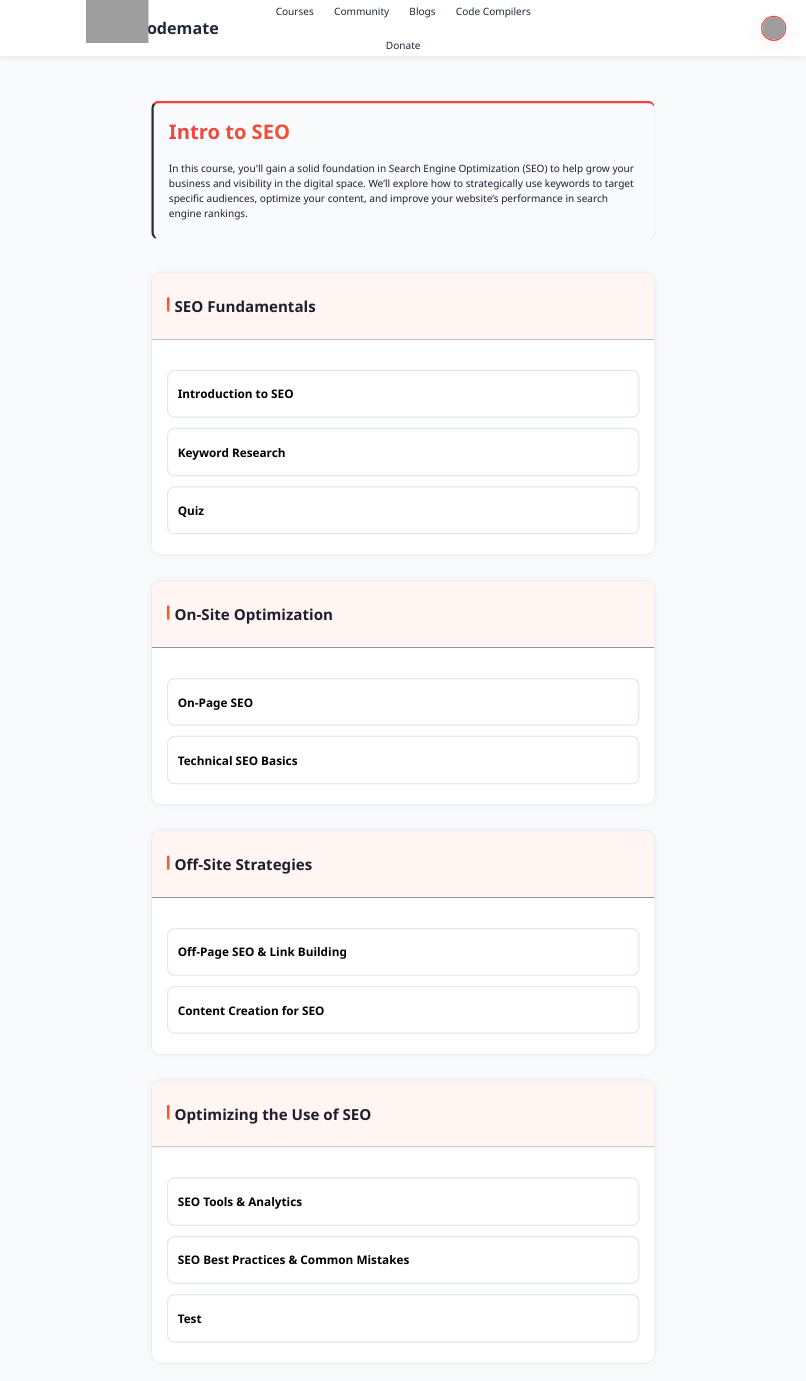
Repository: Duskofnight/code-website
Page: intro-to-seo.html
The author's editor kept a copy of each file at every save. The page is drawn from the files as they stood at one save, then again after the next save.
The browser window is 1280 px wide. The pictures show the whole page, at 63% of full size.
Pictures or frames that could not be fetched are drawn as grey boxes.

Above is the page before, as saved 2025-08-12 19:04:29.

### intro-to-seo.html
<!DOCTYPE html>
    <head>
        <meta charset="UTF-8">
        <meta lang="en">
        <meta name="viewport" content="width=device-width, initial-scale=1.0">
        <title>Intro to SEO</title>
        <link rel="stylesheet" href="/intro-to-seo.css">
    </head>
    <body>
        <header class="header">

            <div class="landing-page-container-codemate-logo">
            <a href="home-page.html" class="logo-link">
                <img src="https://raw.githubusercontent.com/Duskofnight/codemate-assets/refs/heads/main/codemate-nologo-transparent-red.png" class="landing-page-codemate-logo" alt="Codemate Logo">
                <h2>codemate</h2>
            </a>
            </div>

            <nav class="navbar">
            <a href="courses-page.html" class="nav-link">Courses</a>
            <a href="community.html" class="nav-link">Community</a>
            <a href="blogs-page.html" class="nav-link">Blogs</a>
            <a href="code-compilers.html" class="nav-link">Code Compilers</a>
            <a href="donate.html" class="nav-link">Donate</a>
            </nav>

            <div class="header-profile">
                <img src="https://images.pexels.com/photos/414612/pexels-photo-414612.jpeg?cs=srgb&dl=pexels-souvenirpixels-414612.jpg&fm=jpg" class="header-profile-pic" id="header-profile-pic">
                <div class="dropdown" id="dropdownMenu">

                <a href="#"><i class="fas fa-user"></i>Profile</a>
                <a href="#"><i class="fas fa-cog"></i> Settings</a>
                <a href="#"><i class="fas fa-question-circle"></i> Help</a>
                <a onclick="logout()"><i class="fas fa-sign-out-alt"></i> Log Out</a>
            </div>
            </div>

            <div class="topnav">
            <div id="myLinks">
                <a href="courses-page.html" class="nav-link"><h4>Courses</h4></a>
                <a href="community.html" class="nav-link"><h4>Community</h4></a>
                <a href="blogs-page.html" class="nav-link"><h4>Blogs</h4></a>
                <a href="code-compilers" class="nav-link"><h4>Code Compilers</h4></a>
                <a href="account" class="nav-link"><h4>Account</h4></a>
            </div>
            <div class="menu-icon" onclick="myFunction()">
                <span class="bar1"></span>
                <span class="bar2"></span>
                <span class="bar3"></span>
            </div>
            </div>

        </header>


        <div class="lesson-head">
            <h1 class="intro-title">Intro to SEO</h1>
            <p id="lesson-head-description">In this course, you'll gain a solid foundation in Search Engine Optimization (SEO) to help grow your business and visibility in the digital space. We’ll explore how to strategically use keywords to target specific audiences, optimize your content, and improve your website’s performance in search engine rankings.</p>
        </div>

        <section class="course-container">
        <div class="course-box">
            <div class="course-box-header">
                <h2>SEO Fundamentals</h2>
            </div>
            <a href="./intro-to-seo/seo-introduction.html">
                <div class="lesson introduction">
                    <h3>Introduction to SEO</h3>
                </div>
            </a>
            <a href="./intro-to-seo/keyword-research.html">
            <div class="lesson keyword">
                <h3>Keyword Research</h3>
            </div>
            </a>
            <a href="./intro-to-seo/seo-quiz.html">
            <div class="quiz">
                <h3>Quiz</h3>
            </div>
            </a>
        </div>

        <div class="course-box">
            <div class="course-box-header">
                <h2>On-Site Optimization</h2>
            </div>
            <div class="lesson on-page">
                <a href="./intro-to-seo/on-page-seo.html">
                <h3>On-Page SEO</h3>
            </div>
            </a>
            <a href="./intro-to-seo/technical-seo.html">
            <div class="lesson technical">
                <h3>Technical SEO Basics</h3>
            </div>
            </a>
        </div>
        <div class="course-box">
            <div class="course-box-header">
                <h2>Off-Site Strategies</h2>
            </div>
            <a href="./intro-to-seo/off-page.html">
            <div class="lesson off-page">
                <h3>Off-Page SEO & Link Building</h3>
            </div>
            </a>
            <a href="./intro-to-seo/content-creation-seo.html">
            <div class="lesson content-creation">
                <h3>Content Creation for SEO</h3>
            </div>
            </a>
        </div>
        <div class="course-box">
            <div class="course-box-header">
                <h2>Optimizing the Use of SEO</h2>
            </div>
            <a href="./intro-to-seo/seo-tools-and-analytics.html">
            <div class="lesson tools">
                <h3>SEO Tools & Analytics</h3>
            </div>
            </a>
            <a href="./intro-to-seo/seo-best-practices.html">
            <div class="lesson best-practices">
                <h3>SEO Best Practices & Common Mistakes</h3>
            </div>
            </a>
            <a href="./intro-to-seo/seo-test">
            <div class="test                                                                                                                                                                                                                                ">
                <h3>Test</h3>
            </div>
            </a>
        </div>
        </section>



        <script src="/intro-to-seo.js"></script>
    </body>
</html>

### intro-to-seo.css
:root {
  --primary: #F9F9FA;
  --accent: #f53333;
  --text: #1E1E2F;
  --secondary: #2C2C3E;

  --primary-bg: #fefefe;
  --secondary-bg: #ffffff;
  --tertiary-bg: #f8f9fa;
  --card-bg: rgba(255, 255, 255, 0.95);
  --glass-bg: rgba(255, 255, 255, 0.8);
  --accent-primary: #ef4444;
  --accent-secondary: #dc2626;
  --accent-tertiary: #b91c1c;
  --accent-coral: #f97316;
  --accent-pink: #ec4899;
  --text-primary: #1f2937;
  --text-secondary: #6b7280;
  --text-muted: #9ca3af;
  --border-primary: rgba(239, 68, 68, 0.15);
  --border-secondary: rgba(0, 0, 0, 0.06);


  --gradient-primary: linear-gradient(135deg, var(--accent-primary), var(--accent-coral));
  --gradient-secondary: linear-gradient(135deg, var(--accent-secondary), var(--accent-pink));
  --gradient-bg: linear-gradient(135deg, var(--primary-bg), var(--secondary-bg));
  --gradient-card: linear-gradient(135deg, rgba(255, 255, 255, 1), rgba(248, 249, 250, 1));


  --shadow-primary: 0 8px 32px rgba(239, 68, 68, 0.08);
  --shadow-secondary: 0 8px 32px rgba(220, 38, 38, 0.08);
  --shadow-card: 0 16px 40px rgba(0, 0, 0, 0.04);
  --shadow-glow: 0 0 20px rgba(239, 68, 68, 0.15);


  --transition-fast: 0.2s cubic-bezier(0.4, 0, 0.2, 1);
  --transition-smooth: 0.3s cubic-bezier(0.4, 0, 0.2, 1);
  --transition-bounce: 0.4s cubic-bezier(0.175, 0.885, 0.32, 1.275);
}



*,
*::before,
*::after {
  box-sizing: border-box;
}

body {
  font-family: 'Segoe UI', sans-serif;
  background: #F8FAFC;
  color: var(--text);
  padding: 0 1.5rem;

}



.header {
  position: fixed;
  top: 0;
  left: 0;
  width: 100%;
  background: #ffffff;
  color: var(--text-primary);
  border-bottom: 1px solid var(--border-secondary);
  box-shadow: 0 2px 10px rgba(0, 0, 0, 0.08);
  z-index: 1000;
  padding: 0 2rem;
  display: flex;
  justify-content: space-between;
  box-sizing: border-box;
  align-items: center;
  height: 90px;
}

.landing-page-container-codemate-logo a {
  display: flex;
  align-items: center;
  flex: 1;
  text-decoration: none;
  color: inherit;
  pointer-events: none;
}

.landing-page-container-codemate-logo a img,
.landing-page-container-codemate-logo a h2 {
  pointer-events: auto;
}

.landing-page-container-codemate-logo,
.navbar {
  flex: 1;
  display: flex;
  align-items: center;
  justify-content: center;
}


.landing-page-codemate-logo {
  height: 100px;
  width: 100px;
  object-fit: contain;
  margin-left: 6.5em;
  position: relative;
  bottom: 0.8rem;
  margin-right: -1rem;
}



.landing-page-container-codemate-logo h2 {
  font-size: 1.6rem;
  margin: 0;
  position: static;
  white-space: nowrap;
  color: var(--text-primary)
}

.navbar {
  gap: 2rem;
  flex-wrap: wrap;
  color: var(--text-primary)
}

.nav-link {
  text-decoration: none;
  color: inherit;
}

.nav-link:hover, .header .login-button:hover {
  color: var(--accent);
}

.header-profile {
  flex: 1;
  display: flex;
  justify-content: flex-end;
}

.header-profile-pic {
  border-radius: 50%;
  width: 40px;
  height: 40px;
  display: block;
  border: 2px solid var(--accent-primary);
  box-shadow: var(--shadow-primary);
  transition: var(--transition-smooth);
  cursor: pointer;
}


.dropdown {
  position: absolute;
  top: 80px;
  right: 1rem;
  background: #fff;
  border-radius: 10px;
  box-shadow: 0 6px 12px rgba(0,0,0,0.1);
  width: 220px;
  display: none;
  z-index: 999;
  padding: 0.8rem 0.5rem;
}

.dropdown.show {
  display: block;
}



.dropdown a {
  display: flex;
  align-items: center;
  padding: 0.8rem 1rem;
  text-decoration: none;
  color: #333;
  transition: background 0.2s;
  cursor: pointer;
}

.dropdown a:hover {
  background: #f0f0f0;
}

.dropdown a i {
  margin-right: 10px;
  color: #666;
}


.topnav {
  display: none;
  cursor: pointer;
}


.intro-title {
  font-size: 2rem;
  background: var(--gradient-primary);
  -webkit-background-clip: text;
  -webkit-text-fill-color: transparent;
  background-clip: text;
  font-weight: 800;

}

.lesson-head {
  text-align: left;
  margin: 0 auto;
  margin-top: 10rem;
  border: 1px solid var(--border-secondary);
  border-top: 4px solid var(--accent-primary);
  border-left: 4px solid var(--secondary);
  border-radius: 12px;
  max-width: 800px;
  padding: 1.5rem;
  padding-top: 0;
  padding-bottom: 12px;
  line-height: 1.5;
  margin-bottom: 1.5rem;
}

.lesson-head-description {
  color: #1E1E2F;
}









.course-container {
  display: flex;
  flex-direction: column;
  max-width: 800px;
  width: 100%;
  margin: 0 auto;
  margin-top: 2rem;
}

.course-box {
  margin: 1.25rem 0;
  background: white;
  border-radius: 16px;
  box-shadow: var(--shadow-md);
  border: 1px solid #e2e8f0;
  overflow: hidden;
  transition: var(--transition);
  width: 100%;
  max-width: 800px;
  padding: 1rem 1.5rem;
  box-shadow: 0 0 10px rgba(0,0,0,0.05);
  animation: slideUp 0.6s ease-out;
  transition: var(--transition-smooth);
}

.course-box:hover {
  transform: translateY(-4px);
  box-shadow: 0 20px 60px rgba(239, 68, 68, 0.06);
}

div > h2::before {
  content: '';
  width: 4px;
  height: 23px;
  background: var(--gradient-primary);
  border-radius: 2px;
  display: inline-block;
  margin-right: 0.5rem;

}


.course-box-header {
  background: rgba(255, 68, 0, 0.05);
  border-bottom: 1px solid #1E1E2F;
  border-top-left-radius: 16px;
  border-top-right-radius: 16px;
  margin: -1rem -1.5rem 3rem -1.5rem;
  padding: 1rem 1.5rem;

}



.quiz, .test, .lesson {
  display: flex;
  flex-wrap: wrap;
  flex-direction: column;
  border: 2px solid #e2e8f0;
  background-color: white;
  margin: 0 auto;
  margin-bottom: 1rem;
  margin-top: 1rem;
  max-width: 900px;
  padding: 5px;
  padding-left: 15px;
  text-align: left;
  border-radius: 12px;
  animation: slideUp 0.4s ease-out;
  transition: var(--transition-smooth);
}

.lesson:hover, .quiz:hover, .test:hover {
  background: rgba(255, 68, 0, 0.05);
  box-shadow: var(--shadow-md);
  transform: translateX(4px);
  border-color: var(--accent-coral);
}

.lesson:hover::before, .quiz:hover::before, .test:hover::before {
  transform: scaleY(1);
}

.lesson:hover h3, .quiz:hover h3, .test:hover h3 {
  color: var(--accent-coral);
}


a {
  text-decoration: none;
  color: black;
}








@media (max-width: 1070px) and (min-width: 500px) {
  .navbar,
  .buttons, .header-profile {
    display: none;
  }

  .topnav {
    display: flex;
    flex-direction: column;
    align-items: flex-end;
    position: relative;
    z-index: 1000;
    width: 100%;
  }




  #myLinks {
    display: flex;
    position: fixed;
    top: 89px;
    left: 0;
    background-color: var(--primary);
    width: 100vw;
    height: 0;
    overflow: hidden;
    overflow-y: auto;
    z-index: 999;
    -webkit-overflow-scrolling: touch;
    box-sizing: border-box;
    transition: height 0.4s ease;
    display: flex;
    flex-direction: column;
    align-items: left;
    pointer-events: none;
  }



  #myLinks a {
    display: block;
    padding-left: 10px;
    color: var(--text);
    text-decoration: none;
    text-align: left;
    font-size: 1.75rem;
    opacity: 0;
    transform: translateY(20px);
    transition: opacity 0.4s ease, transform 0.4s ease;
  }



#myLinks.show {

  height: calc(100vh - 60px);

  pointer-events: auto;
}


#myLinks.show a {

  opacity: 1;
  transform: translateY(0);
}


.menu-icon {
  width: 30px;
  height: 22px;
  position: relative;
  cursor: pointer;
  display: inline-block;
  padding: 15px;
  color: white;
  margin-right: 30px;
  margin: 10px 30px 0 0;
}

.menu-icon span {
  background-color: black;
  display: block;
  position: absolute;
  height: 4px;
  width: 100%;
  border-radius: 2px;
  opacity: 1;
  left: 0;
  transition: all 0.3s ease;
}

.menu-icon .bar1 {
  top: 0;
}

.menu-icon .bar2 {
  top: 9px;
}

.menu-icon .bar3 {
  top: 18px;
}

.menu-icon.active .bar1 {
  transform: rotate(45deg);
  top: 9px;
}

.menu-icon.active .bar2 {
  opacity: 0;
}

.menu-icon.active .bar3 {
  transform: rotate(-45deg);
  top: 9px;
}

#myLinks.show a:nth-child(1) { transition-delay: 0.1s; }
#myLinks.show a:nth-child(2) { transition-delay: 0.2s; }
#myLinks.show a:nth-child(3) { transition-delay: 0.3s; }



  .topnav-buttons {
    display: flex;
    justify-content: center;
    padding-top: 3.5rem;
    gap: 10px;
    border-top: 1px solid white;

  }

  #myLinks > :first-child {
    padding-top: 0.5rem;
  }

  #myLinks > :last-child {
    padding-top: 4rem;
  }

  .landing-page-codemate-logo {
    margin-left: 1em;
  }

  .header {
    display: flex;
    justify-content: space-between;
    align-items: center;
    padding: 0;
  }
}


@media (max-width: 500px) {


  .landing-page-codemate-logo {
    margin-left: 1em;
  }

  .header {
    display: flex;
    justify-content: space-between;
    align-items: center;
    padding: 0;
  }



  .navbar,
  .buttons, .header-profile {
    display: none;
  }

  .topnav {
    display: flex;
    flex-direction: column;
    align-items: flex-end;
    position: relative;
    z-index: 1000;
    width: 100%;
  }




  #myLinks {
    display: flex;
    position: fixed;
    top: 99px;
    left: 0;
    background-color: var(--primary);
    width: 100vw;
    height: 0;
    overflow: hidden;
    overflow-y: auto;
    z-index: 999;
    -webkit-overflow-scrolling: touch;
    box-sizing: border-box;
    border-top: 1px solid white;
    transition: height 0.4s ease;
    display: flex;
    flex-direction: column;
    align-items: left;
    pointer-events: none;
  }



  #myLinks a {
    display: block;
    padding-left: 10px;
    color: var(--text);
    text-decoration: none;
    text-align: left;
    font-size: 1.75rem;
    opacity: 0;
    transform: translateY(20px);
    transition: opacity 0.4s ease, transform 0.4s ease;
  }



#myLinks.show {

  height: calc(100vh - 60px);

  pointer-events: auto;
}


#myLinks.show a {

  opacity: 1;
  transform: translateY(0);
}


.menu-icon {
  width: 30px;
  height: 22px;
  position: relative;
  cursor: pointer;
  display: inline-block;
  padding: 15px;
  color: white;
  margin-right: 30px;
  margin: 10px 30px 0 0;
}

.menu-icon span {
  background-color: black;
  display: block;
  position: absolute;
  height: 4px;
  width: 100%;
  border-radius: 2px;
  opacity: 1;
  left: 0;
  transition: all 0.3s ease;
}

.menu-icon .bar1 {
  top: 0;
}

.menu-icon .bar2 {
  top: 9px;
}

.menu-icon .bar3 {
  top: 18px;
}

.menu-icon.active .bar1 {
  transform: rotate(45deg);
  top: 9px;
}

.menu-icon.active .bar2 {
  opacity: 0;
}

.menu-icon.active .bar3 {
  transform: rotate(-45deg);
  top: 9px;
}

#myLinks.show a:nth-child(1) { transition-delay: 0.1s; }
#myLinks.show a:nth-child(2) { transition-delay: 0.2s; }
#myLinks.show a:nth-child(3) { transition-delay: 0.3s; }



  .topnav-buttons {
    display: flex;
    justify-content: center;
    padding-top: 3.5rem;
    gap: 10px;
    border-top: 1px solid white;

  }

  #myLinks > :first-child {
    padding-top: 0.5rem;
  }

  #myLinks > :last-child {
    padding-top: 4rem;
  }
}

### intro-to-seo.js
function myFunction() {
  const menu = document.getElementById("myLinks");
  const menuIcon = document.querySelector(".menu-icon");

  menu.classList.toggle("show");
  menuIcon.classList.toggle("active");
}



function logout() {
  localStorage.removeItem("token");
  window.location.href = "/login-page.html";
}

After the next save:
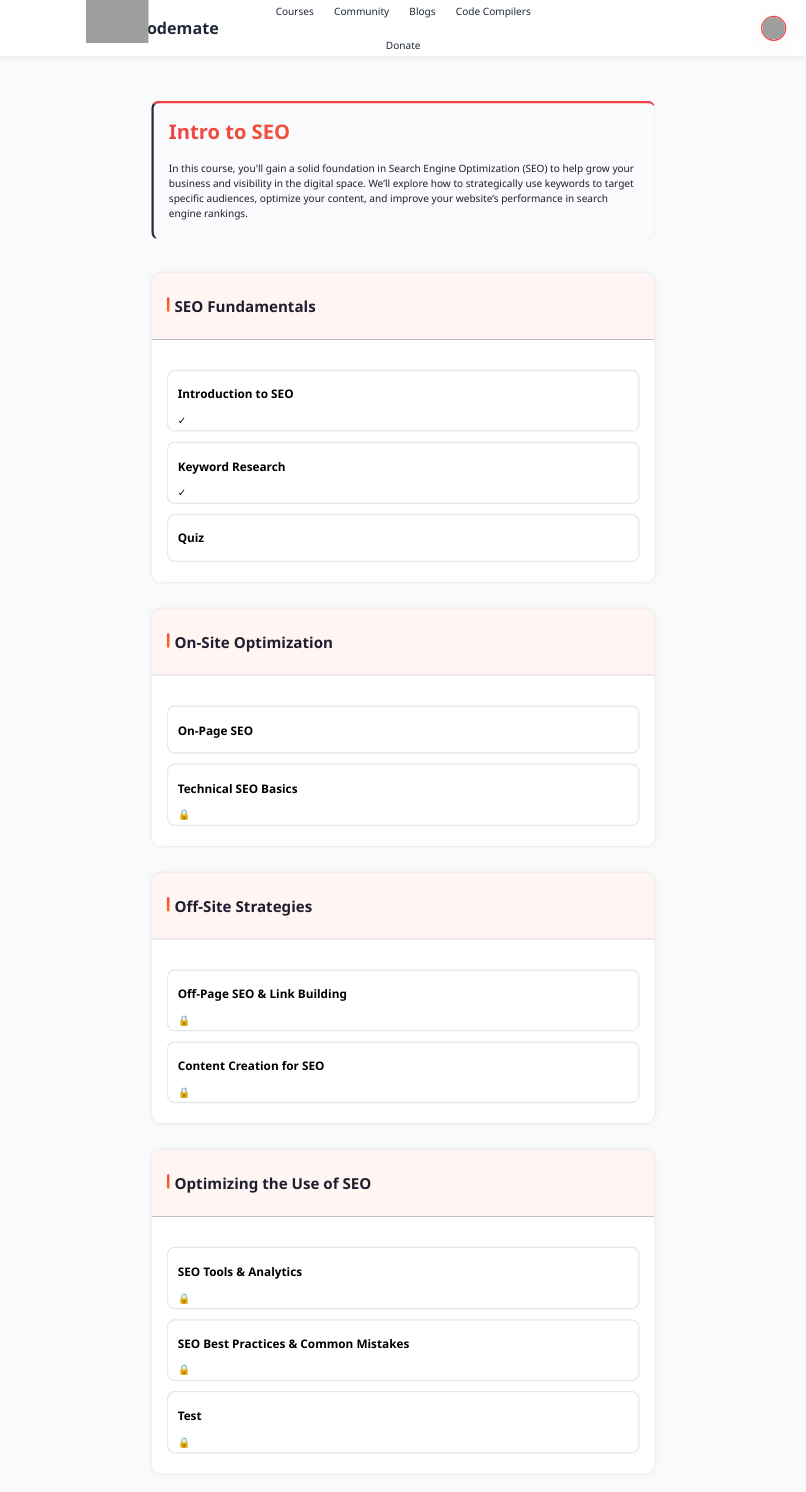
Saved 48 s later.
--- a/intro-to-seo.js
+++ b/intro-to-seo.js
@@ -12,3 +12,104 @@ function logout() {
   localStorage.removeItem("token");
   window.location.href = "/login-page.html";
 }
+
+
+// Lesson completion tracking
+const lessonProgress = {
+    completed: ['introduction', 'keyword'], // Example completed lessons
+    current: 'on-page', // Current lesson
+    unlocked: ['introduction', 'keyword', 'seo-quiz', 'on-page'] // Unlocked lessons
+};
+
+// Initialize lesson states on page load
+document.addEventListener('DOMContentLoaded', function() {
+    initializeLessonStates();
+});
+
+function initializeLessonStates() {
+    const lessons = document.querySelectorAll('.lesson, .quiz, .test');
+
+    lessons.forEach(lesson => {
+        const lessonId = getLessonId(lesson);
+
+        // Add completion status
+        if (lessonProgress.completed.includes(lessonId)) {
+            lesson.classList.add('completed');
+            addCheckmark(lesson);
+        } else if (lessonProgress.unlocked.includes(lessonId)) {
+            lesson.classList.add('unlocked');
+        } else {
+            lesson.classList.add('locked');
+            addLockIcon(lesson);
+            lesson.style.pointerEvents = 'none';
+        }
+
+        // Mark current lesson
+        if (lessonProgress.current === lessonId) {
+            lesson.classList.add('current');
+        }
+    });
+}
+
+function getLessonId(lesson) {
+    // Extract lesson ID from class names or href
+    if (lesson.classList.contains('introduction')) return 'introduction';
+    if (lesson.classList.contains('keyword')) return 'keyword';
+    if (lesson.classList.contains('on-page')) return 'on-page';
+    if (lesson.classList.contains('technical')) return 'technical';
+    if (lesson.classList.contains('off-page')) return 'off-page';
+    if (lesson.classList.contains('content-creation')) return 'content-creation';
+    if (lesson.classList.contains('tools')) return 'tools';
+    if (lesson.classList.contains('best-practices')) return 'best-practices';
+
+    // For quiz and test
+    const parent = lesson.closest('a');
+    if (parent && parent.href.includes('seo-quiz')) return 'seo-quiz';
+    if (parent && parent.href.includes('seo-test')) return 'seo-test';
+
+    return 'unknown';
+}
+
+function addCheckmark(lesson) {
+    const checkmark = document.createElement('span');
+    checkmark.className = 'lesson-checkmark';
+    checkmark.innerHTML = '✓';
+    lesson.appendChild(checkmark);
+}
+
+function addLockIcon(lesson) {
+    const lockIcon = document.createElement('span');
+    lockIcon.className = 'lesson-lock';
+    lockIcon.innerHTML = '🔒';
+    lesson.appendChild(lockIcon);
+}
+
+// Function to complete a lesson (call this when user finishes a lesson)
+function completeLesson(lessonId) {
+    if (!lessonProgress.completed.includes(lessonId)) {
+        lessonProgress.completed.push(lessonId);
+
+        // Unlock next lesson
+        const nextLesson = getNextLesson(lessonId);
+        if (nextLesson && !lessonProgress.unlocked.includes(nextLesson)) {
+            lessonProgress.unlocked.push(nextLesson);
+        }
+
+        // Re-initialize states
+        initializeLessonStates();
+    }
+}
+
+function getNextLesson(currentLessonId) {
+    const lessonOrder = [
+        'introduction', 'keyword', 'seo-quiz',
+        'on-page', 'technical',
+        'off-page', 'content-creation',
+        'tools', 'best-practices', 'seo-test'
+    ];
+
+    const currentIndex = lessonOrder.indexOf(currentLessonId);
+    return currentIndex !== -1 && currentIndex < lessonOrder.length - 1
+        ? lessonOrder[currentIndex + 1]
+        : null;
+}
